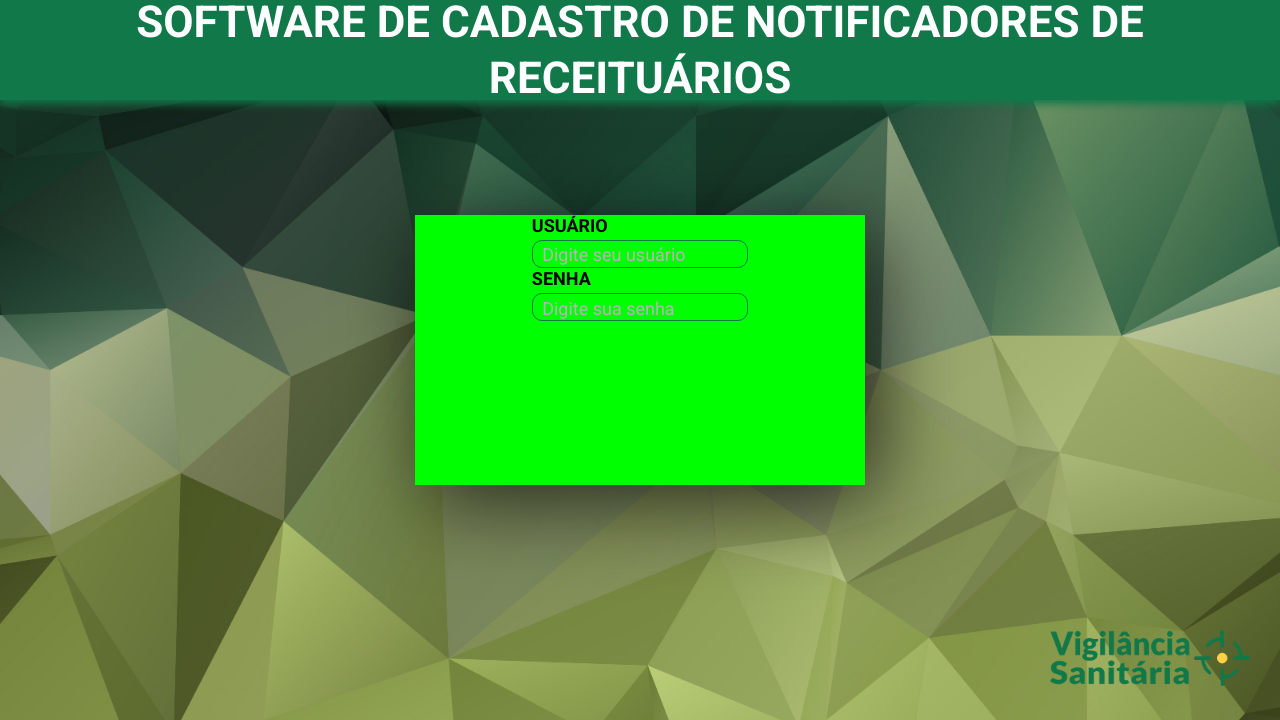
Repository: milena-rosa/web-prescription-notifier
Page: /
The author's editor kept a copy of each file at every save. The page is drawn from the files as they stood at one save, then again after the next save.
The browser window is 1280 px wide. The pictures show the whole page.
The project was rebuilt for these pictures with package versions that can differ from the ones it lists, and the page was loaded fresh each time. Also part of the build but not shown: src/pages/Home/styles.ts, src/pages/Home/index.tsx.

Above is the page before, as saved 2021-11-07 13:23:12.

### public/index.html
<!DOCTYPE html>
<html lang="en">

<head>
  <meta charset="utf-8" />
  <link rel="preconnect" href="https://fonts.googleapis.com">
  <link rel="preconnect" href="https://fonts.gstatic.com" crossorigin>
  <link href="https://fonts.googleapis.com/css2?family=Roboto:wght@400;700&display=swap" rel="stylesheet">
  <!-- <link rel="icon" href="%PUBLIC_URL%/favicon.ico" /> -->
  <meta name="viewport" content="width=device-width, initial-scale=1" />
  <meta name="theme-color" content="#000000" />
  <title>Cadastro de Notificadores de Receituários</title>
</head>

<body>
  <noscript>You need to enable JavaScript to run this app.</noscript>
  <div id="root"></div>
</body>

</html>

### src/index.tsx
import React from 'react'
import ReactDOM from 'react-dom'

import { App } from './App'

ReactDOM.render(
  <React.StrictMode>
    <App />
  </React.StrictMode>,
  document.getElementById('root')
)

### src/App.tsx
import React from 'react'
import { BrowserRouter as Router } from 'react-router-dom'

import { Routes } from './routes'
import { GlobalStyle } from './styles/global'

export function App() {
  return (
    <Router>
      <Routes />
      <GlobalStyle />
    </Router>
  )
}

### src/routes/index.tsx
import React from 'react'
import { Switch } from 'react-router-dom'

import { Home } from '../pages/Home'
import { SignIn } from '../pages/SignIn'
import { Route } from './Route'

// import { useAuth } from '../hooks/useAuth'

export function Routes() {
  // const { loading } = useAuth()

  // if (loading) {
  //   return <h1>Abrindo...</h1>
  // }

  return (
    <Switch>
      <Route path="/" exact component={SignIn} />
      <Route path="/home" exact component={Home} isPrivate />
    </Switch>
  )
}

### src/styles/global.ts
import { createGlobalStyle } from 'styled-components'

export const GlobalStyle = createGlobalStyle`
  :root {
    --black: #000000;
    --gray: #b5b5b5;
    --white: #ffffff;

    --green-primary: #117849;
    --green-primary-70: rgba(17, 120, 73, 0.7);
    --green-primary-30: rgba(17, 120, 73, 0.3);
    --green-primary-5: rgba(17, 120, 73, 0.05);

    --light-green: #dbebe4;
    --brownish-green: #51665c;

    --red: #ff0000;
    --yellow: #f6ff8f;
  }

  * {
    box-sizing: border-box;
    margin: 0;
    padding: 0;
  }

  html {
    @media (max-width: 1080px) {
      font-size: 93.75%; // 15px
    }

    @media (max-width: 720px) {
      font-size: 87.5%; // 14px
    }
  }

  body {
    background: var(--white);
    color: var(--black);
    -webkit-font-smoothing: antialiased;
  }

  body, input, textarea, button, select {
    font-family: 'Roboto', sans-serif;
    font-weight: 400;
  }

  button {
    border: none;
    cursor: pointer;
  }

  .react-modal-overlay {
    align-items: center;
    background: rgba(0, 0, 0, 0.5);
    bottom: 0;
    display: flex;
    justify-content: center;
    left: 0;
    position: fixed;
    right: 0;
    top: 0;
    z-index: 11;
  }

  .react-modal-content {
    background: var(--white);
    border-radius: 0.25rem;
    min-height: 2.4rem;
    max-width: 41rem;
    position: relative;
    z-index: 12;
  }

  .react-modal-close {
    background: transparent;
    border: 0;
    position: absolute;
    right: 1rem;
    top: 1rem;
    transition: filter 0.2s;

    &:hover {
      filter: brightness(0.8);
    }
  }
`

### src/pages/SignIn/index.tsx
import React from 'react'

import logo from '../../assets/logo.png'
import { Input } from '../../components/Input'
import { useForm } from '../../hooks/useForm'
import { Container } from './styles'

interface SignInFormValues {
  user: string
  password: string
}

export const SignIn: React.FC = () => {
  const {
    data: { user, password },
    handleChange,
    errors
  } = useForm<SignInFormValues>({
    initialValues: { user: '', password: '' },
    onSubmit: (event) => console.log(event),
    validations: {
      user: { required: { value: true, message: 'Preencha o campo obrigatório.' } },
      password: { required: { value: true, message: 'Preencha o campo obrigatório.' } }
    }
  })

  return (
    <Container>
      <header>Software de Cadastro de Notificadores de Receituários</header>
      <div>
        <Input
          name="user"
          label="Usuário"
          type="text"
          placeholder="Digite seu usuário"
          value={user}
          onChange={handleChange('user')}
          errors={errors.user}
        />
        <Input
          name="password"
          label="Senha"
          type="password"
          placeholder="Digite sua senha"
          value={password}
          onChange={handleChange('password')}
          errors={errors.password}
        />
      </div>
      <footer>
        <img src={logo} alt="Vigilância Sanitária" />
      </footer>
    </Container>
  )
}

### src/routes/Route.tsx
import React, { ComponentType } from 'react'
import { RouteProps as ReactDOMRouteProps, Route as ReactDOMRoute, Redirect } from 'react-router-dom'

interface IRouteProps extends ReactDOMRouteProps {
  isPrivate?: boolean
  component: ComponentType
}

export function Route({ isPrivate = false, component: Component, ...rest }: IRouteProps) {
  const isSigned = false

  return (
    <ReactDOMRoute
      {...rest}
      render={({ location }) =>
        (isPrivate && isSigned) || (!isPrivate && !isSigned) ? (
          <Component />
        ) : (
          <Redirect
            to={{
              pathname: isPrivate ? '/' : '/home',
              state: { from: location }
            }}
          />
        )
      }
    />
  )
}

### src/components/Input/index.tsx
import React, { InputHTMLAttributes, useCallback, useState } from 'react'

import { Container, InputInformationContainer, Error, InputContainer } from './styles'

interface InputProps extends InputHTMLAttributes<HTMLInputElement> {
  name: string
  label?: string
  errors?: string
  containerStyle?: object
  inputStyle?: object
}

export const Input = ({
  name,
  label,
  containerStyle = {},
  inputStyle = {},
  errors,
  value,
  onBlur,
  disabled = false,
  ...rest
}: InputProps) => {
  const [isFocused, setIsFocused] = useState(false)

  const handleInputFocus = useCallback(() => {
    setIsFocused(true)
  }, [])

  const handleInputBlur = useCallback(
    (event: React.FocusEvent<HTMLInputElement>) => {
      if (onBlur) {
        onBlur(event)
      }
      setIsFocused(false)
    },
    [onBlur]
  )

  return (
    <Container>
      <InputInformationContainer>{!!label && <label htmlFor={name}>{label}</label>}</InputInformationContainer>
      <InputContainer style={containerStyle} isFocused={isFocused} isInvalid={!!errors} disabled={disabled}>
        <input
          {...rest}
          value={value || ''}
          id={name}
          name={name}
          onFocus={handleInputFocus}
          onBlur={handleInputBlur}
          style={inputStyle}
        />
      </InputContainer>
      {!!errors && <Error>{errors}</Error>}
    </Container>
  )
}

### src/hooks/useForm.ts
import { ChangeEvent, FormEvent, useState } from 'react'

interface Validation {
  required?: {
    value: boolean
    message: string
  }
  pattern?: {
    value: string
    message: string
  }
  custom?: {
    isValid: (value: any) => boolean
    message: string
  }
}

type Validations<T extends {}> = Partial<Record<keyof T, Validation>>
type ErrorRecord<T> = Partial<Record<keyof T, string>>

export type FormOptions<T extends {}> = {
  validations?: Validations<T>
  initialValues?: Partial<T>
  onSubmit?: (event?: any) => void
}

export type FormReturn<T extends {}> = {
  data: T
  handleChange: <S extends unknown>(
    key: keyof T,
    sanitizeFn?: ((value: string) => S) | undefined
  ) => (event: ChangeEvent<HTMLInputElement & HTMLSelectElement & HTMLTextAreaElement>) => void
  handleSubmit: (event: FormEvent<HTMLFormElement>) => Promise<void>
  reset: () => void
  setValue: (key: keyof T, value: any) => void
  errors: Partial<Record<keyof T, string>>
}

export const useForm = <T extends Record<keyof T, any>>(options?: FormOptions<T>) => {
  const [data, setData] = useState<T>((options?.initialValues || {}) as T)
  const [errors, setErrors] = useState<ErrorRecord<T>>({})

  const handleChange =
    <S extends unknown>(key: keyof T, sanitizeFn?: (value: string) => S) =>
    (event: ChangeEvent<HTMLInputElement & HTMLSelectElement & HTMLTextAreaElement>) => {
      const value =
        event.target.type === 'checkbox'
          ? event.target.checked
          : sanitizeFn
          ? sanitizeFn(event.target.value)
          : event.target.value

      setData({
        ...data,
        [key]: value
      })
    }

  const handleSubmit = async (event: FormEvent<HTMLFormElement>) => {
    event?.preventDefault()

    const validations = options?.validations
    if (validations) {
      let valid = true
      const newErrors: Partial<Record<keyof T, string>> = {}

      for (const key in validations) {
        const value = data[key]
        const validation = validations[key]

        if (validation?.required?.value && !value) {
          valid = false
          newErrors[key] = validation?.required?.message
        }

        const pattern = validation?.pattern
        if (pattern?.value && !RegExp(pattern.value).test(value)) {
          valid = false
          newErrors[key] = pattern.message
        }

        const custom = validation?.custom
        if (custom?.isValid && !custom.isValid(value)) {
          valid = false
          newErrors[key] = custom.message
        }
      }

      if (!valid) {
        setErrors(newErrors)
        return
      }
    }

    setErrors({})

    if (options?.onSubmit) {
      options.onSubmit()
    }
  }

  const reset = () => {
    setData({} as T)
    setErrors({})
  }

  const setValue = (key: keyof T, value: any) => {
    setData({
      ...data,
      [key]: value
    })
  }

  return {
    data,
    handleChange,
    handleSubmit,
    reset,
    setValue,
    errors
  }
}

### src/pages/SignIn/styles.ts
import styled from 'styled-components'

import backgroundImg from '../../assets/background.png'

export const Container = styled.div`
  align-items: center;
  background: url(${backgroundImg}) no-repeat center center fixed;
  background-size: cover;
  bottom: 0;
  display: flex;
  flex-direction: column;
  justify-content: space-between;
  left: 0;
  position: fixed;
  right: 0;
  top: 0;
  z-index: 11;

  header {
    align-items: center;
    background: var(--green-primary);
    color: var(--white);
    display: flex;
    filter: drop-shadow(0px 4px 4px var(--green-primary));
    font-weight: bold;
    font-size: 2.75rem;
    height: 6.25rem;
    justify-content: center;
    line-height: 3.5rem;
    text-align: center;
    text-transform: uppercase;
    width: 100%;
  }

  > div {
    align-items: center;
    background-color: var(--white);
    background: lime;
    display: flex;
    filter: drop-shadow(15px 15px 42px rgba(0, 0, 0, 0.7));
    flex-direction: column;
    height: 16.875rem;
    padding: 2.1875rem auto;
    width: 28.125rem;
  }

  footer {
    /* background: lime; */
    align-self: flex-end;

    > img {
      margin: 1.875rem;
      width: 12.5rem;
    }
  }
`

### src/components/Input/styles.ts
import styled, { css } from 'styled-components'

export const Container = styled.div`
  display: flex;
  flex-direction: column;
`

interface InputContainerProps {
  isFocused: boolean
  isInvalid: boolean
  disabled: boolean
}

export const InputContainer = styled.div<InputContainerProps>`
  background: ${(props) => (props.disabled ? 'var(--gray-20)' : 'var(--green-primary-15)')};
  border: 1px solid ${(props) => (props.disabled ? 'transparent' : 'var(--green-primary)')};
  border-radius: 0.625rem;
  color: ${(props) => (props.disabled ? 'var(--gray-60)' : 'var(--black)')};
  height: 1.76rem;
  position: relative;

  ${(props) =>
    props.isFocused &&
    css`
      border-color: var(--blue-primary);
    `}

  ${(props) =>
    props.isInvalid &&
    css`
      border-color: var(--orange);
    `}

  input {
    background: transparent;
    border: 0;
    font-size: 1.125rem;
    line-height: 1.3125rem;
    height: 100%;
    min-height: 1.76rem;
    outline: 0;
    padding-left: 0.58rem;
    width: 100%;

    &::placeholder {
      color: var(--gray);
    }
  }
`

export const InputInformationContainer = styled.div`
  align-items: baseline;
  display: flex;
  justify-content: space-between;

  label {
    color: var(--black);
    display: block;
    font-size: 1.125rem;
    font-weight: bold;
    line-height: 1.3125rem;
    text-transform: uppercase;
    margin-bottom: 0.25rem;
  }
`

export const Error = styled.p`
  color: var(--orange);
  font-size: 1rem;
  line-height: 1.25rem;
  margin-top: 0.5rem;
`

After the next save:
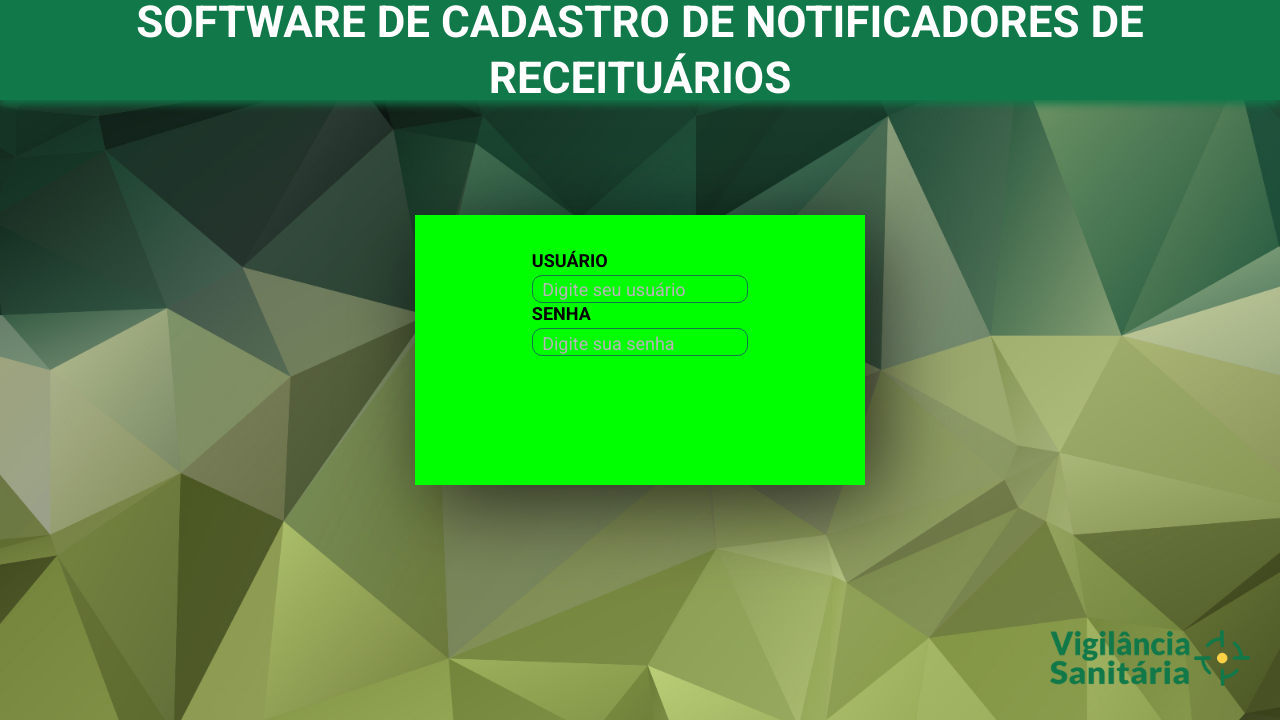
Saved 28 s later.
--- a/src/pages/SignIn/styles.ts
+++ b/src/pages/SignIn/styles.ts
@@ -40,7 +40,7 @@
     filter: drop-shadow(15px 15px 42px rgba(0, 0, 0, 0.7));
     flex-direction: column;
     height: 16.875rem;
-    padding: 2.1875rem auto;
+    padding: 2.1875rem 4.6875rem;
     width: 28.125rem;
   }
 
